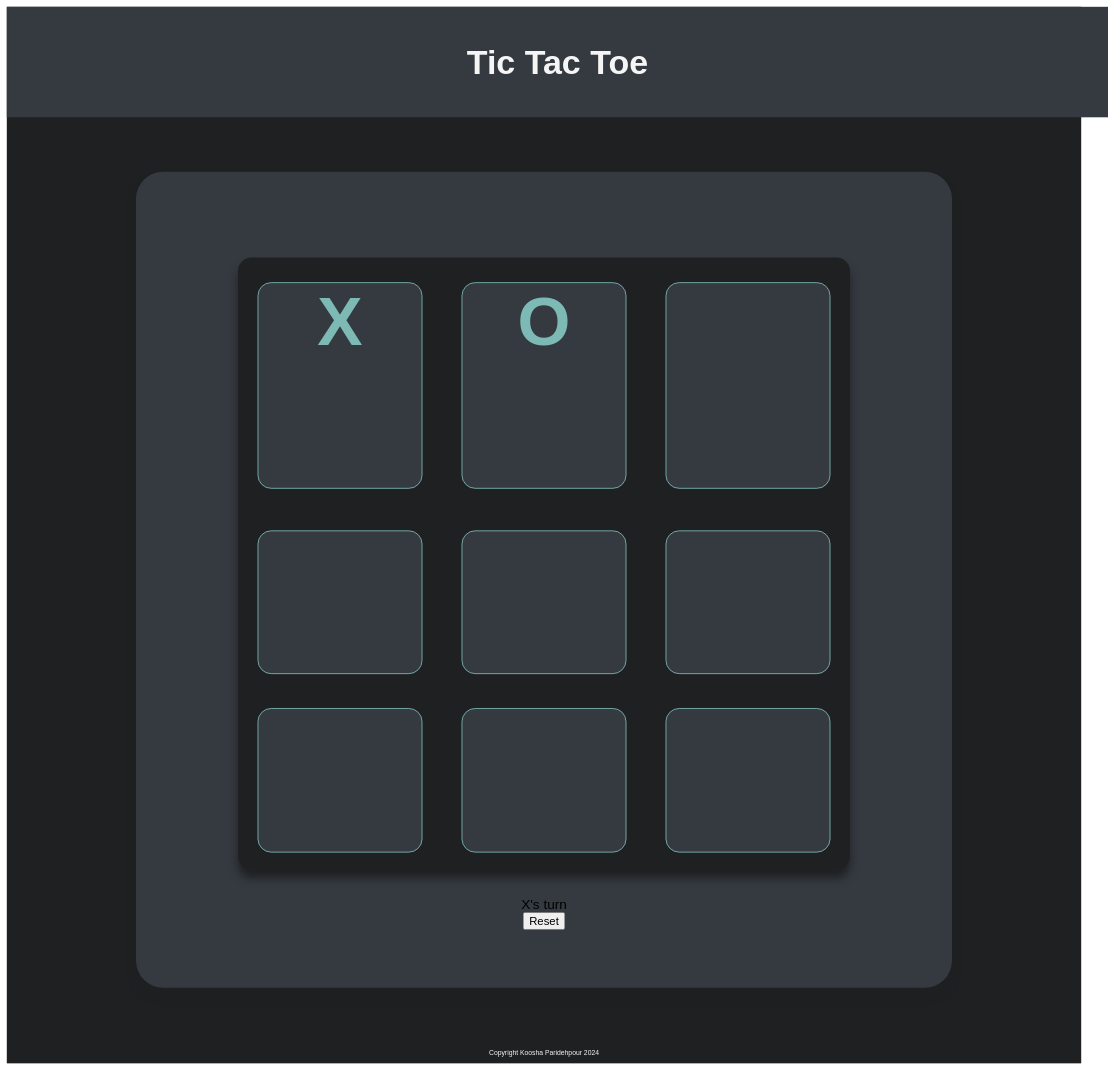
Repository: KooshaPari/odin-TTT
Page: index.html
The author's editor kept a copy of each file at every save. The page is drawn from the files as they stood at one save, then again after the next save.
The browser window is 1280 px wide. The page is 1304 px wide, so the pictures cover 1304 px, including what lies to the right of the window. The pictures show the whole page, at 85% of full size.

Above is the page before, as saved 2024-03-14 22:57:26.

After the next save:
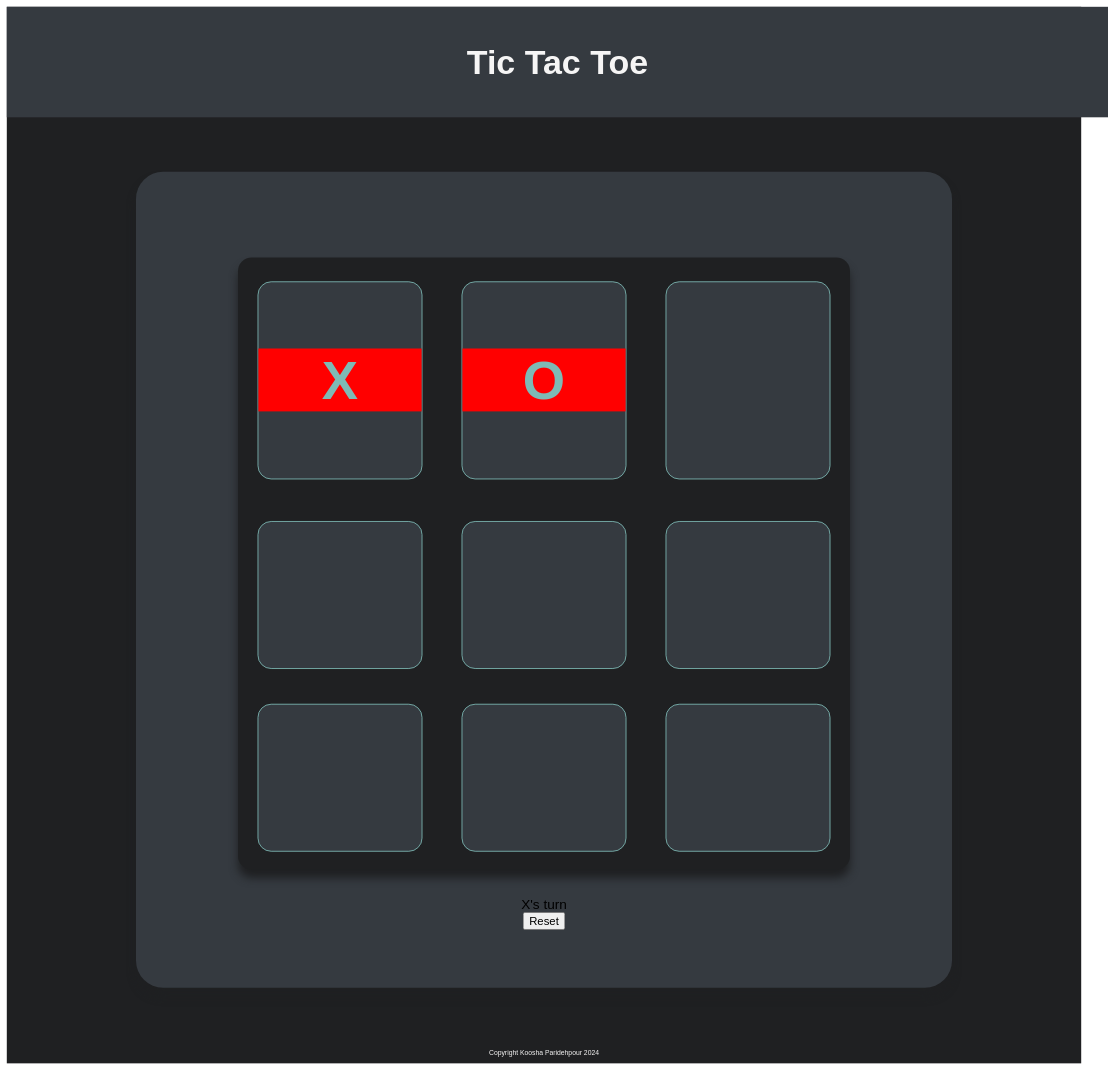
Saved 37 s later.
--- a/style.css
+++ b/style.css
@@ -110,11 +110,16 @@
   height: 80%;
   background-color: #353a40;
   text-align: center;
+  display: flex;
+  align-items: center;
 }
 .square p {
-  font-size: 5em;
+  flex: 1;
+  font-size: 4em;
   color: #7ebab5;
+
   font-weight: bold;
+  background-color: red;
   padding: 0;
   margin: 0;
 }
